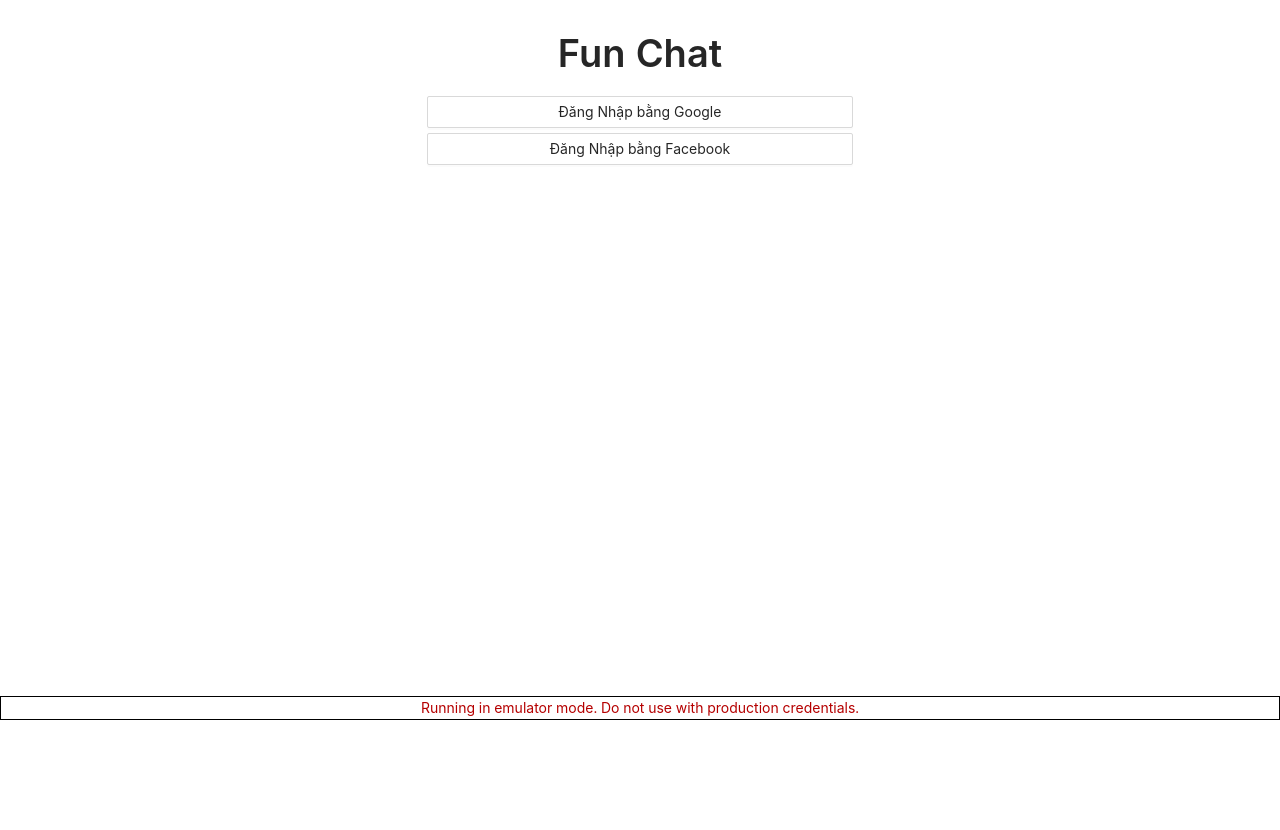
Repository: vandat598/chatapp
Page: /
An editor plug-in stored every save of this project. The page is shown before and after the next save, followed by the edit.
The browser window is 1280 px wide. The pictures show the whole page.
The project was rebuilt for these pictures with package versions that can differ from the ones it lists, and the page was loaded fresh each time. Also part of the build but not shown: src/components/ChatRoom/Userinfo.scss, src/components/ChatRoom/UserInfo.js, src/components/ChatRoom/RoomList.scss, src/components/ChatRoom/RoomList.js, src/components/ChatRoom/Sidebar.scss, src/components/ChatRoom/Sidebar.js, src/components/ChatRoom/ChatWindow.scss, src/components/ChatRoom/Message.scss and 4 more.

Above is the page before, as saved 2022-06-21 17:42:10.

After the next save:
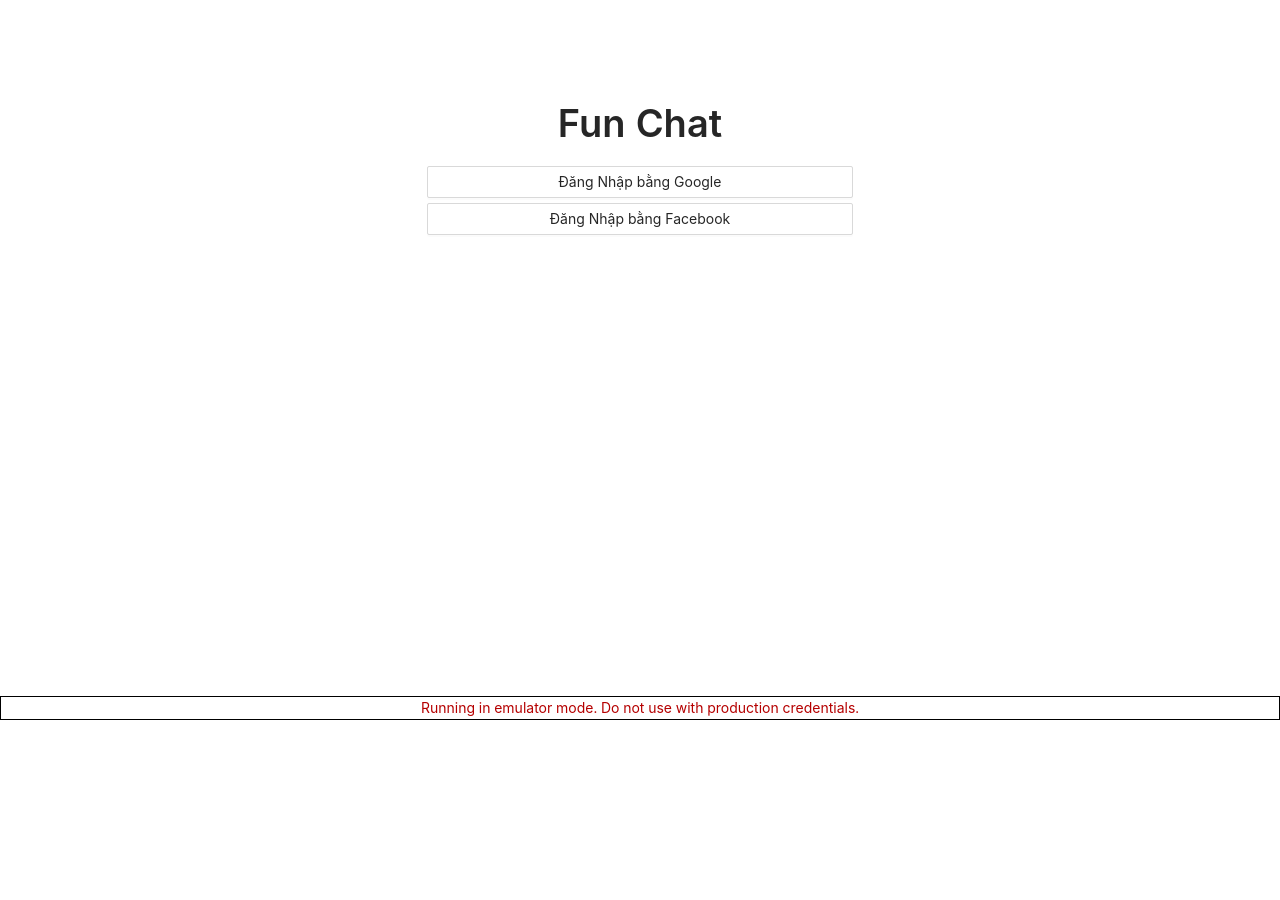
Saved 6 s later.
--- a/src/components/Login/Login.js
+++ b/src/components/Login/Login.js
@@ -40,7 +40,7 @@ function Login() {
 
     return (
         <React.Fragment>
-            <Row justify="center" style={{ height: 800, marginTop: '30px' }}>
+            <Row justify="center" style={{ height: 800, marginTop: '100px' }}>
                 <Col span={8} className="respon_mobile">
                     <Title style={{ textAlign: 'center' }}>Fun Chat</Title>
                     <Button
